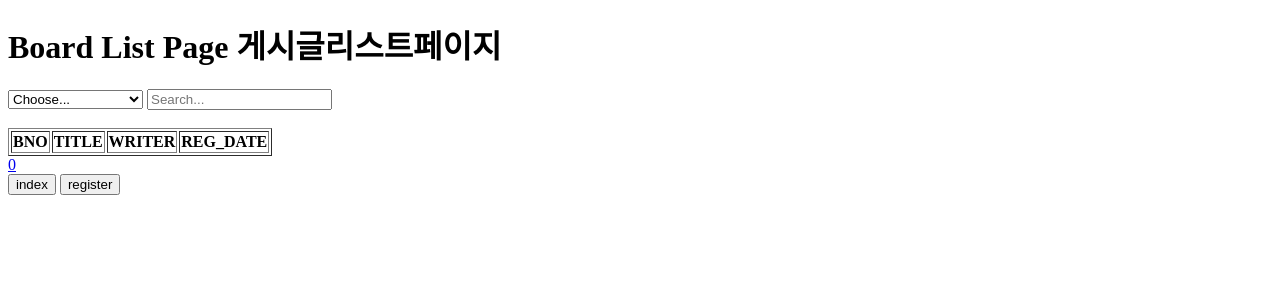
Repository: gatsby5959/_jsp_workspace_brd-mem_copy
Page: http://localhost/jsp_BoardMember/board/list.jsp
The author's editor kept a copy of each file at every save. The page is drawn from the files as they stood at one save, then again after the next save.
The browser window is 1280 px wide. The pictures show the whole page.
The page is served by Tomcat 9. Other server files are loaded and not shown. The template is opened directly, without the code that normally fills it, so the values that code supplies are empty.

Above is the page before, as saved 2023-09-12 08:12:23.

### jsp_BoardMember/src/main/webapp/board/list.jsp
<%@ page language="java" contentType="text/html; charset=UTF-8"
	pageEncoding="UTF-8"%>
<%@ taglib prefix="c" uri="http://java.sun.com/jsp/jstl/core"%>
<!DOCTYPE html>
<html>
<head>
<meta charset="UTF-8">
<title>Insert title here</title>
</head>
<body>
	<h1>Board List Page 게시글리스트페이지</h1>
	<!-- search구역 -->
	<div>
	<c:set value="${ph.pgvo.type }" var="typed"></c:set>
	<form action="/brd/pageList" method="get">
		<div>
			<select name="type">
				<option ${typed == null? 'selected':'' }>Choose...</option>
				<option value="t"  ${typed eq 't'? 'selected':'' } >title</option>
				<option value="w"  ${typed eq 'w'? 'selected':'' }>writer</option>
				<option value="c"  ${typed eq 'c'? 'selected':'' }>content</option>
				<option value="tw"  ${typed eq 'tw'? 'selected':'' }>title+writer</option>
				<option value="tc"  ${typed eq 'tc'? 'selected':'' }>title+content</option>
				<option value="wc"  ${typed eq 'wc'? 'selected':'' }>writer+content</option>
				<option value="twc"  ${typed eq 'twc'? 'selected':'' }>title+writer+content</option>
			</select>
			<input type="text" name="keyword" value="${ph.pgvo.keyword }" placeholder="Search...">
		</div>

	</form>
	</div>
	<br>
	<table border="1">
		<tr>
			<th>BNO</th>
			<th>TITLE</th>
			<th>WRITER</th>
			<th>REG_DATE</th>
		</tr>
		<c:forEach items="${req_set_list}" var="varbvo"> <!-- 컨트롤러에서의 request.setAttribute("req_set_list", list); -->
			<tr>
				<td><a href="/brd/detail?bno=${varbvo.bno}">${varbvo.bno}</a></td>
				<td><a href="/brd/detail?bno=${varbvo.bno}">${varbvo.title}</a></td>
				<td>${varbvo.writer}</td>
				<td>${varbvo.regdate}</td>
			</tr>
		</c:forEach>
	</table>
	<!-- 페이지네이션 표시 구역 -->
	<div>
		<!-- prev(이전페이지 -->
		<c:if test="${ph.prev}">
		<a href="/brd/pageList?pageNo=${ph.startPage-1}&qty=${ph.pgvo.qty}">◁|</a>
		</c:if>
		<c:forEach begin="${ph.startPage}" end = "${ph.endPage}" var="i">
			<a href="/brd/pageList?pageNo=${i}&qty=${ph.pgvo.qty}">${i}</a> <!-- 여기서 파라미터 pageNo가 정확히 맞아야  데이터를 가져옴 -->
		</c:forEach>
		<!-- next (다음페이지)-->
		<c:if test="${ph.next}">
		<a href="/brd/pageList?pageNo=${ph.endPage+1}&qty=${ph.pgvo.qty}">|▷ </a>
		</c:if>
	</div>

	<a href="/index.jsp"><button type="button">index</button></a>
   <a href="/brd/register"><button type="button">register</button></a>

</body>
</html>

After the next save:
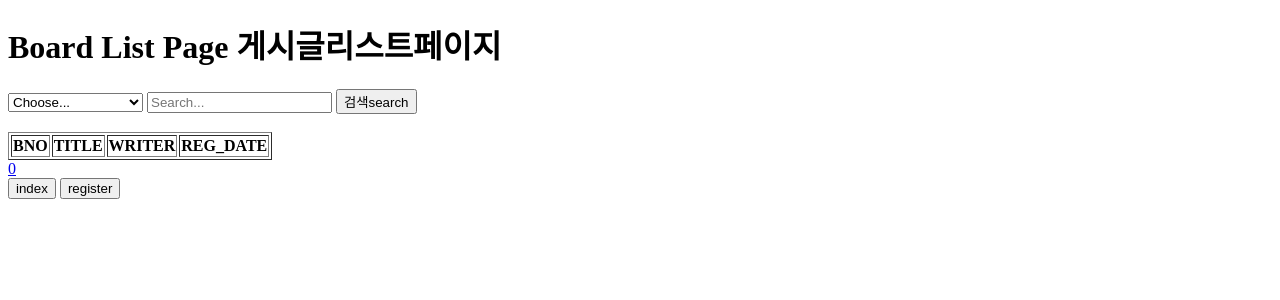
Saved 2 min 23 s later.
--- a/jsp_BoardMember/src/main/webapp/board/list.jsp
+++ b/jsp_BoardMember/src/main/webapp/board/list.jsp
@@ -25,8 +25,8 @@
 				<option value="twc"  ${typed eq 'twc'? 'selected':'' }>title+writer+content</option>
 			</select>
 			<input type="text" name="keyword" value="${ph.pgvo.keyword }" placeholder="Search...">
+			<button type="submit">검색search</button>
 		</div>
-
 	</form>
 	</div>
 	<br>
